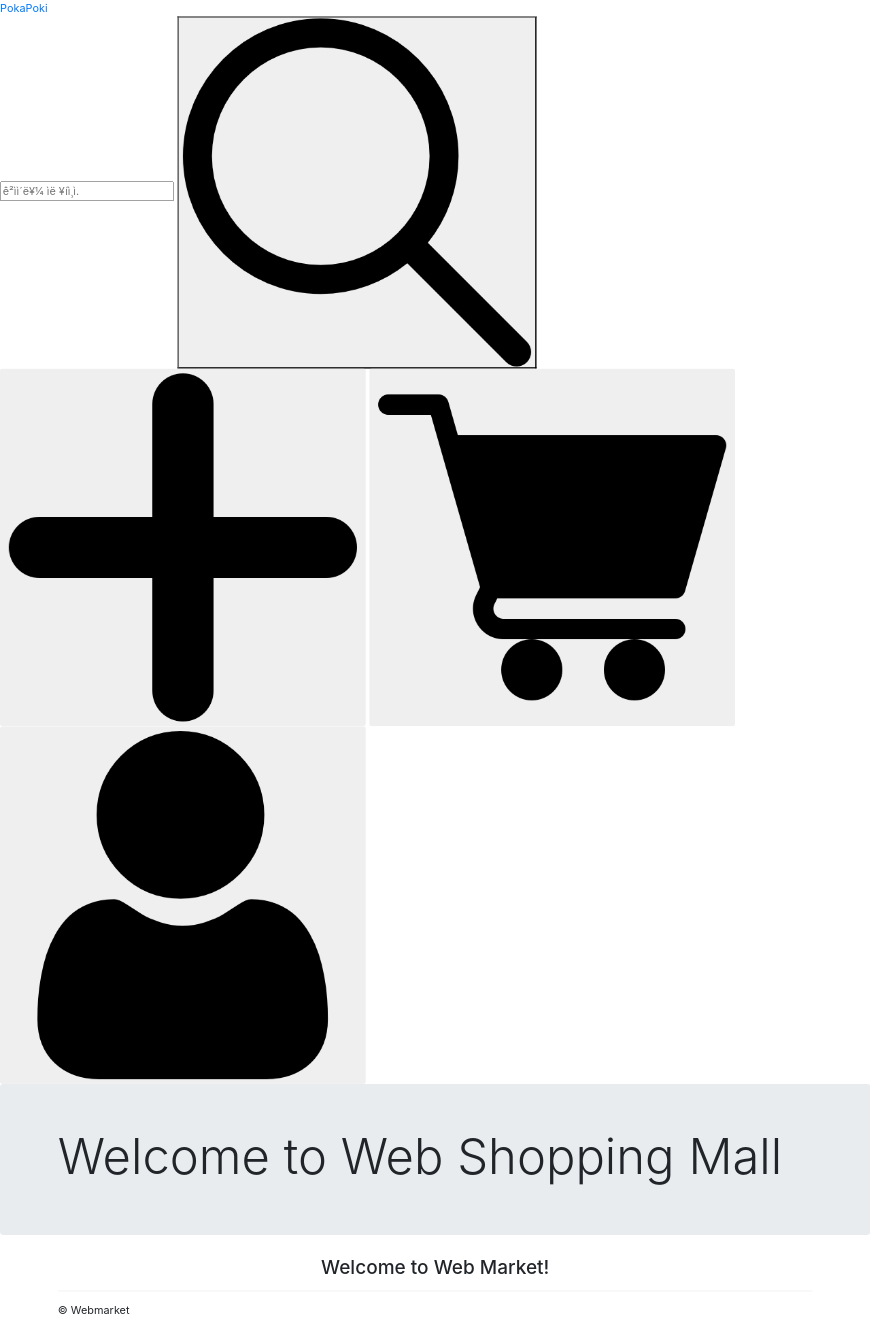
Repository: akwls/PokaPoki
Page: http://localhost/PokaPoki/Welcome.jsp
An editor plug-in stored every save of this project. The page is shown before and after the next save, followed by the edit.
The browser window is 1280 px wide. The pictures show the whole page, at 68% of full size.
The page is served by Tomcat 9. Other server files are loaded and not shown.

Above is the page before, as saved 2021-12-02 07:48:15.

### PokaPoki/WebContent/Welcome.jsp
<%@ page language="java" contentType="text/html; charset=UTF-8"
    pageEncoding="UTF-8"%>
<!DOCTYPE html>
<html>
<head>
<meta charset="UTF-8">
<link rel="stylesheet" href="./resources/css/bootstrap.min.css">
<title>POKA!POKI!</title>
</head>
<body>
	<jsp:include page="menu.jsp" />
	<%!
		String greeting = "Welcome to Web Shopping Mall";
		String tagline = "Welcome to Web Market!";
	%>
	<div class="jumbotron">
		<div class="container">
			<h1 class="display-3"><%= greeting %></h1>
		</div>
	</div>
	<main role="main">
		<div class="container">
			<div class="text-center">
				<h3><%= tagline %></h3>
			</div>
			<hr>
		</div>
	</main>
	<%@ include file="footer.jsp" %>
</body>
</html>

### PokaPoki/WebContent/footer.jsp
<footer class="container">
	<p>&copy; Webmarket</p>
</footer>

### PokaPoki/WebContent/menu.jsp
<nav>
	<div class="nav-container">
		<a href="./Products.jsp" class="nav-title">PokaPoki</a>
		<div class="search-container">
			<input type="text" class="search-input" placeholder="검색어를 입력하세요."/>
			<button class="btn-search" id="btn" type="submit"><img class="btn-img" src="./image/loupe.png"></button>
		</div>
		<button class="btn" id="btn-plus" type="submit"><img class="btn-img" src="./image/plus.png"></button>
		<button class="btn" id="btn-cart" type="submit"><img class="btn-img" src="./image/shopping-cart.png"></button>
		<button class="btn" id="btn-account" type="submit"><img class="btn-img" src="./image/user.png"></button>
	</div>
</nav>

Loaded but not shown: PokaPoki/WebContent/resources/css/bootstrap.min.css (library)

After the next save:
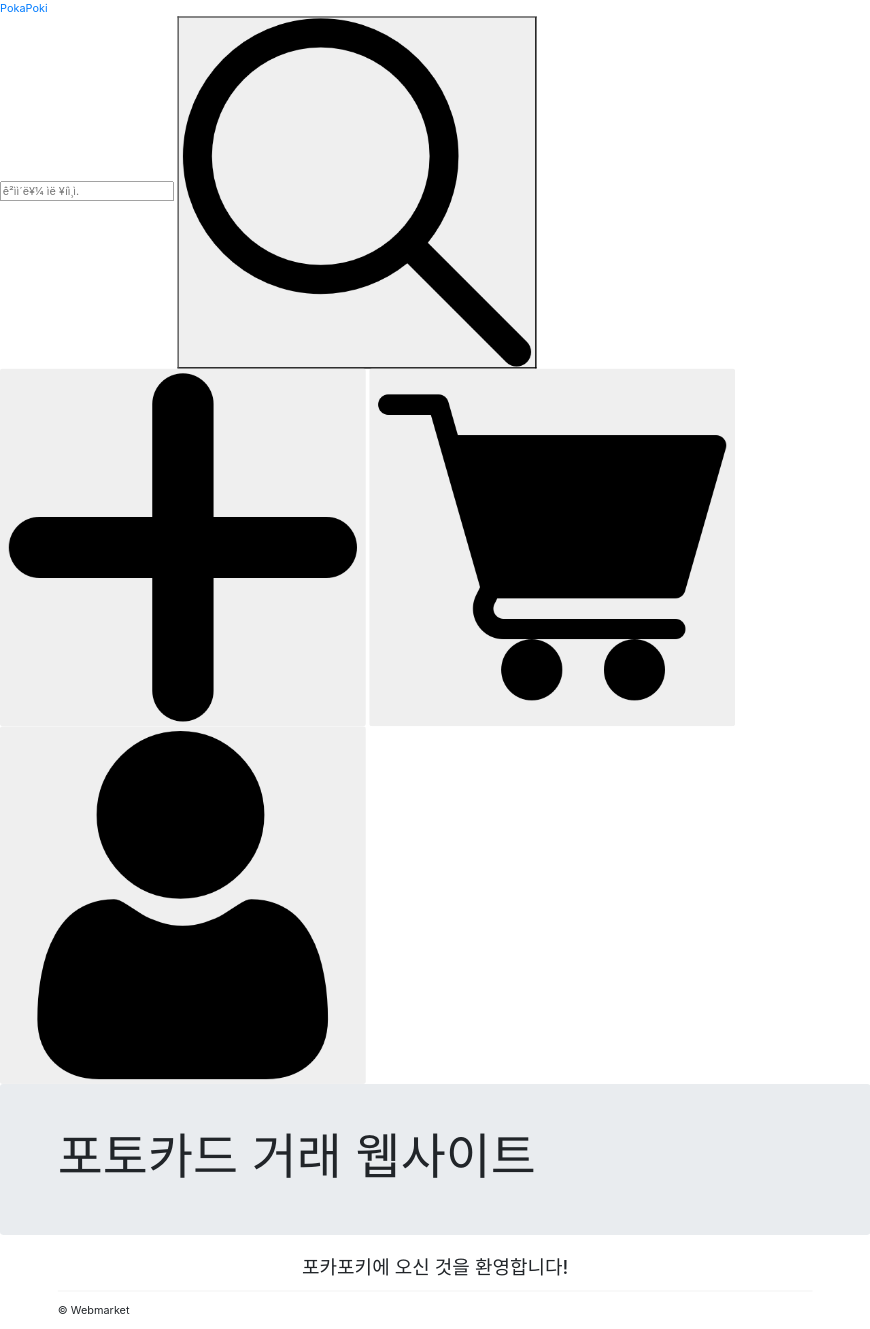
Saved 57 s later.
--- a/PokaPoki/WebContent/Welcome.jsp
+++ b/PokaPoki/WebContent/Welcome.jsp
@@ -10,8 +10,8 @@
 <body>
 	<jsp:include page="menu.jsp" />
 	<%!
-		String greeting = "Welcome to Web Shopping Mall";
-		String tagline = "Welcome to Web Market!";
+		String greeting = "포토카드 거래 웹사이트";
+		String tagline = "포카포키에 오신 것을 환영합니다!";
 	%>
 	<div class="jumbotron">
 		<div class="container">
